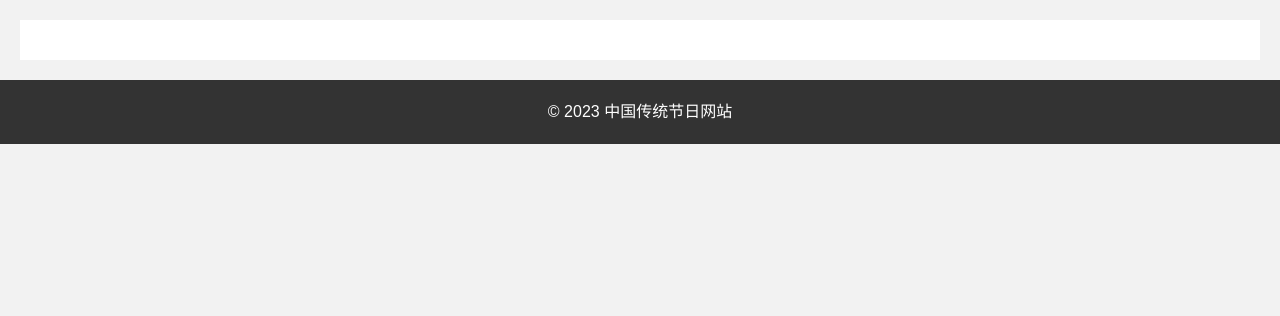
Repository: XueJie1/computer-operation-basics
Page: about.html
An editor plug-in stored every save of this project. The page is shown before and after the next save, followed by the edit.
The browser window is 1280 px wide. The pictures show the whole page.

Above is the page before, as saved 2023-08-30 21:04:18.

### about.html
<!DOCTYPE html>
<html lang="en">

<head>
    <meta charset="UTF-8">
    <meta name="viewport" content="width=device-width, initial-scale=1.0">
    <title>关于</title>
    <link rel="stylesheet" type="text/css" href="../css/styles.css" />
    <script src="https://cdn.bootcdn.net/ajax/libs/jquery/3.6.4/jquery.js"></script>
</head>

<body>
    <div id="header"></div>
    <main></main>
    <footer>
        <p>&copy; 2023 中国传统节日网站</p>
    </footer>

</body>

</html>

### css/styles.css

body {
    font-family: Arial, sans-serif;
    margin: 0;
    padding: 0;
    background-color: #f2f2f2;
}

/* 样式化导航菜单 */
header , .header{
    background-color: #333;
    color: #fff;
    padding: 10px 0;
}


.header h1, header h1{
    text-align: center;
    text-decoration: none;
    color: #fff;
}


nav ul {
    list-style-type: none;
    margin: 0;
    padding: 0;
    text-align: center;
}

nav ul li {
    display: inline;
    margin-right: 20px;
}

nav ul li a {
    text-decoration: none;
    color: #fff;
    font-weight: bold;
    font-size: 16px;
}

nav ul li a:hover {
    color: #ff9900; /* 鼠标悬停时的颜色 */
}

main {
    margin: 20px 20px 20px 20px;
}

footer p , .footer p{
    color: #fff;
    text-align: center;
    background-color: #333;
    padding-top: 20px;
    padding-bottom: 20px;
}

/* 为网页容器设置样式 */
.container {
    display: flex;
}

/* 侧边栏样式 */
.sidebar {
    flex: 0 0 10%; /* 侧边栏占据25%的宽度 */
    background-color: #333;
    color: #fff;
    padding: 20px;
}

.sidebar ul {
    list-style-type: none;
    padding: 0;
}

.sidebar ul li {
    margin-bottom: 10px;
}

.sidebar ul li a {
    text-decoration: none;
    color: #fff;
    font-weight: bold;
    font-size: 16px;
}

/* 主内容区域样式 */
main {
    flex: 0 0 75%; /* 主内容区域占据75%的宽度 */
    background-color: #fff;
    padding: 20px;
}

/* 标题样式 */
/* h1 {
    font-size: 28px;
    color: #333;
    margin-top: 0;
} */

h2 {
    font-size: 24px;
    color: #333;
}

/* 正文样式 */
p {
    font-size: 16px;
    line-height: 1.5;
    color: #555;
}

section {
    margin-left: auto;
}

After the next save:
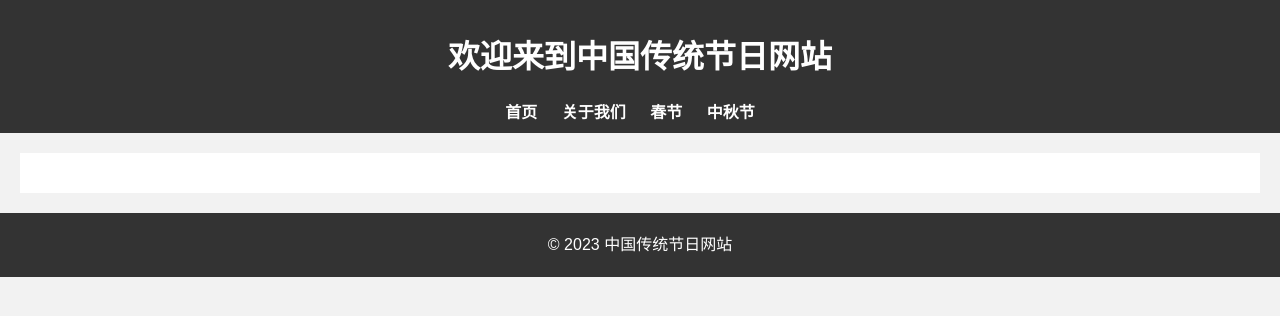
Saved 11 s later.
--- a/about.html
+++ b/about.html
@@ -10,7 +10,17 @@
 </head>
 
 <body>
-    <div id="header"></div>
+    <header>
+        <h1>欢迎来到中国传统节日网站</h1>
+        <nav>
+            <ul>
+                <li><a href="index.html">首页</a></li>
+                <li><a href="about.html">关于我们</a></li>
+                <li><a href="./pages/springfestival/springfestival.html">春节</a></li>
+                <li><a href="./pages/midautumn/midautumnfestival.html">中秋节</a></li>
+            </ul>
+        </nav>
+    </header>
     <main></main>
     <footer>
         <p>&copy; 2023 中国传统节日网站</p>
